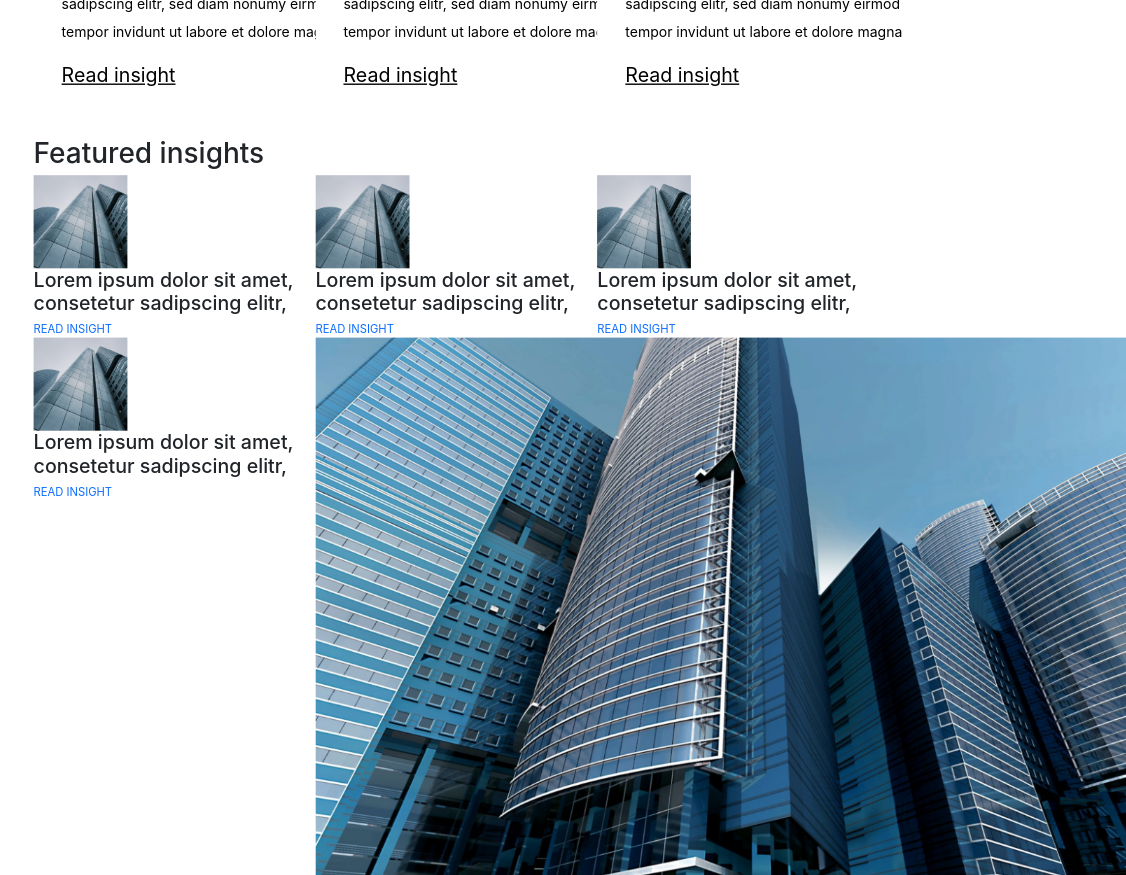
Repository: arif286/Business-webpage
Page: /
The author's editor kept a copy of each file at every save. The page is drawn from the files as they stood at one save, then again after the next save.
The browser window is 1280 px wide. The page is 1609 px wide, then 1361 px, so the pictures cover 1609 px, including what lies to the right of the window. The pictures show the part of the page from y = 1826 to 3346 px (the page is 3076 px tall before and 3638 px after), at 70% of full size.
The project was rebuilt for these pictures with package versions that can differ from the ones it lists, and the page was loaded fresh each time. Also part of the build but not shown: src/components/MainHeader/MainHeader.css, src/components/NotFound/NotFound.js.

Above is the page before, as saved 2021-05-27 16:26:10.

### src/App.js
import "bootstrap/dist/css/bootstrap.min.css";
import { BrowserRouter as Router, Route, Switch } from "react-router-dom";
import Home from "./components/Home/Home";
import NotFound from "./components/NotFound/NotFound";
function App() {
  return (
    <Router>
      <Switch>
        <Route path="/">
          <Home />
        </Route>
        <Route exact path="/">
          <Home />
        </Route>
        <Route path="*">
          <NotFound />
        </Route>
      </Switch>
    </Router>
  );
}

export default App;

### src/components/Home/Home.js
import React from 'react';
import Blog from '../Blog/Blog';
import Community from '../Community/Community';
import Featured from '../Featured/Featured';
import MainHeader from '../MainHeader/MainHeader';
import Testimonial from '../Testimonial/Testimonial';
import TopHeader from '../TopHeader/TopHeader';

const Home = () => {
    return (
        <>
            <TopHeader />
            <MainHeader />
            <Community />
            <Testimonial />
            <Blog />
            <Featured/>
        </>
    );
};

export default Home;

### src/components/Blog/Blog.js
import React from "react";
import { Col, Row } from "react-bootstrap";
import blogImage from '../../Images/event-1.png';
import "./Blog.css";

const Blog = () => {
  return (
    <div className="px-5 event-area">
      <h1 className='text-center mt-4 mb-4'>What's new</h1>
      <Row>
        <Col lg={4}>
          <div className="blog-wrap">
            <div className="blog-img">
              <img className="w-100 h-100" src={blogImage} alt="" />
              <a className="ig-btn" href="h">
                AUTOMATION
              </a>
            </div>
            <div className="event-content-wrap new-wrap">
              <div className="event-content-top-fx">
                <div className="single-top">
                  <p>
                    24 November, 2020
                    <span>2 Mins</span>
                  </p>
                </div>
                <div className="new-box-wrap">
                  <h4>
                    Lorem ipsum dolor sit amet, consetetur sadipscing elitr,
                  </h4>
                  <p>
                    Lorem ipsum dolor sit amet, consetetur sadipscing elitr, sed
                    diam nonumy eirmod tempor invidunt ut labore et dolore magna
                  </p>
                  <a href="http">
                    Read insight
                  </a>
                </div>
              </div>
            </div>
          </div>
        </Col>
        <Col lg={4}>
          <div className="blog-wrap">
            <div className="blog-img">
              <img className="w-100 h-100" src={blogImage} alt="" />
              <a href="h" className="ig-btn">
                AUTOMATION
              </a>
            </div>
            <div className="event-content-wrap new-wrap">
              <div className="event-content-top-fx">
                <div className="single-top">
                  <p>
                    24 November, 2020
                    <span>2 Mins</span>
                  </p>
                </div>
                <div className="new-box-wrap">
                  <h4>
                    Lorem ipsum dolor sit amet, consetetur sadipscing elitr,
                  </h4>
                  <p>
                    Lorem ipsum dolor sit amet, consetetur sadipscing elitr, sed
                    diam nonumy eirmod tempor invidunt ut labore et dolore magna
                  </p>
                  <a href="http">Read insight</a>
                </div>
              </div>
            </div>
          </div>
        </Col>
        <Col lg={4}>
          <div className="blog-wrap">
            <div className="blog-img">
              <img className="w-100 h-100" src={blogImage} alt="" />
              <a href="h" className="ig-btn">
                AUTOMATION
              </a>
            </div>
            <div className="event-content-wrap new-wrap">
              <div className="event-content-top-fx">
                <div className="single-top">
                  <p>
                    24 November, 2020
                    <span>2 Mins</span>
                  </p>
                </div>
                <div className="new-box-wrap">
                  <h4>
                    Lorem ipsum dolor sit amet, consetetur sadipscing elitr,
                  </h4>
                  <p>
                    Lorem ipsum dolor sit amet, consetetur sadipscing elitr, sed
                    diam nonumy eirmod tempor invidunt ut labore et dolore magna
                  </p>
                  <a href="http">Read insight</a>
                </div>
              </div>
            </div>
          </div>
        </Col>
      </Row>
    </div>
  );
};

export default Blog;

### src/components/Community/Community.js
import React from 'react';
import { Col, Row } from 'react-bootstrap';
import './Community.css';

const Community = () => {
    return (
      <div className='px-5'>
        <h2 className="engage-title">Engage with our community</h2>
        <Row>
          <Col md={12} lg={4} className="pb-4">
            <div className="engage-text engage-1">
              <p>Connect & Network with our community of thought leaders</p>
            </div>
          </Col>
          <Col md={12} lg={4} className="pb-4">
            <div className="engage-text engage-2">
              <p>Connect & Network with our community of thought leaders</p>
            </div>
          </Col>
          <Col md={12} lg={4} className="pb-4">
            <div className="engage-text engage-2">
              <p>Connect & Network with our community of thought leaders</p>
            </div>
          </Col>
        </Row>
      </div>
    );
};

export default Community;

### src/components/Featured/Featured.js
import React from "react";
import { Col, Row } from "react-bootstrap";
import sideBanner from "../../Images/f1.png";
import featuredImage from "../../Images/f3.png";
import FeaturedColumn from "./FeaturedColumn";

const FeaturedData = [
  {
    image: featuredImage,
    text: "Lorem ipsum dolor sit amet, consetetur sadipscing elitr,",
  },
  {
    image: featuredImage,
    text: "Lorem ipsum dolor sit amet, consetetur sadipscing elitr,",
  },
  {
    image: featuredImage,
    text: "Lorem ipsum dolor sit amet, consetetur sadipscing elitr,",
  },
  {
    image: featuredImage,
    text: "Lorem ipsum dolor sit amet, consetetur sadipscing elitr,",
  },

];
const Featured = () => {
  return (
    <div className="px-5">
      <h1>Featured insights</h1>
      <Row>
        {FeaturedData.map((item) => (
          <FeaturedColumn card={item} />
        ))}
        <Col md={12} lg={8}>
          <img src={sideBanner} alt="" />
        </Col>
      </Row>
    </div>
  );
};

export default Featured;

### src/components/MainHeader/MainHeader.js
import { faBars } from '@fortawesome/free-solid-svg-icons';
import { FontAwesomeIcon } from "@fortawesome/react-fontawesome";
import React from 'react';
import { Nav, Navbar } from 'react-bootstrap';
import './MainHeader.css';
const MainHeader = () => {
    const Bars = <FontAwesomeIcon icon={faBars} />;
    return (
      <div className="container-fluid">
        <Navbar className="px-5" expand="md">
          <Navbar.Brand href="#home">{Bars}</Navbar.Brand>
          <Navbar.Toggle aria-controls="basic-navbar-nav" />
          <Navbar.Collapse id="basic-navbar-nav">
            <Nav className="mr-auto">
              <Nav.Link href="#home">Home</Nav.Link>
              <Nav.Link href="#link">Insights</Nav.Link>
              {/* <NavDropdown title="Dropdown" id="basic-nav-dropdown">
                <NavDropdown.Item href="#action/3.1">Action</NavDropdown.Item>
                <NavDropdown.Item href="#action/3.2">
                  Another action
                </NavDropdown.Item>
                <NavDropdown.Item href="#action/3.3">
                  Something
                </NavDropdown.Item>
                <NavDropdown.Divider />
                <NavDropdown.Item href="#action/3.4">
                  Separated link
                </NavDropdown.Item>
              </NavDropdown> */}
              <Nav.Link href="#link">Services</Nav.Link>
              <Nav.Link href="#link">Community</Nav.Link>
              <Nav.Link href="#link">Events</Nav.Link>
              <Nav.Link href="#link">About US</Nav.Link>
            </Nav>
          </Navbar.Collapse>
        </Navbar>
      </div>
    );
};

export default MainHeader;

### src/components/Testimonial/Testimonial.js
import React from "react";
import SliderImage from "../../Images/meer-shap.png";
import Image from '../../Images/meet.png';
import './Testimonial.css';

const Testimonial = () => {
  return (
    <div className="px-5">
      <div
        id="carouselExampleIndicators"
        class="carousel slide"
        data-bs-ride="carousel"
      >
        <div class="carousel-indicators">
          <button
            type="button"
            data-bs-target="#carouselExampleIndicators"
            data-bs-slide-to="0"
            class="active"
            aria-current="true"
            aria-label="Slide 1"
          ></button>
          <button
            type="button"
            data-bs-target="#carouselExampleIndicators"
            data-bs-slide-to="1"
            aria-label="Slide 2"
          ></button>
        </div>
        <div className="carousel-inner">
          <div class="carousel-item carousel-bg active">
            <div className="meet-bg">
              <img src={SliderImage} alt="" />
            </div>
            <div className="testi-btn">
              <a href="http">Testimonial</a>
            </div>
            <div className="row">
              <div className='d-lg-flex align-items-center '>
                <div className="meet-img text-center">
                  <img src={Image} alt="" />
                </div>
                <div className="meet-content text-center pb-5">
                  <h4>Meet Edward, CEO of HappyFoods</h4>
                  <p>
                    “Working with the syndicate involves carefully analysing
                    rapidly changing trends & creating the future”
                  </p>
                  <a href="http">CONNECT WITH AN ANALYST</a>
                </div>
              </div>
            </div>
          </div>
          <div class="carousel-item carousel-bg ">
            <div className="meet-bg">
              <img src={SliderImage} alt="" />
            </div>
            <div className="test-btn">
              <a href="http">Testimonial</a>
            </div>
            <div className="row">
              <div>
                <div className="meet-img">
                  <img src={Image} alt="" />
                </div>
                <div className="meet-content">
                  <h4>Meet Edward, CEO of HappyFoods</h4>
                  <p>
                    “Working with the syndicate involves carefully analysing
                    rapidly changing trends & creating the future”
                  </p>
                  <a href="http">CONNECT WITH AN ANALYST</a>
                </div>
              </div>
            </div>
          </div>
        </div>
      </div>
    </div>
  );
};

export default Testimonial;

### src/components/TopHeader/TopHeader.js
import { faFacebook, faInstagram, faLinkedin, faTwitter } from '@fortawesome/free-brands-svg-icons';
import { FontAwesomeIcon } from "@fortawesome/react-fontawesome";
import React from 'react';
import { Col, Row } from 'react-bootstrap';
import './TopHeader.css';

const TopHeader = () => {
    const Facebook = <FontAwesomeIcon icon={faFacebook} />;
    const Twitter = <FontAwesomeIcon icon={faTwitter} />;
    const Instagram = <FontAwesomeIcon icon={faInstagram} />;
    const LinkedIn = <FontAwesomeIcon icon={faLinkedin} />;
    return (
      <div className="header-top">
        <div className="container-fluid">
          <Row>
            <Col lg={12}>
              <div className="d-flex align-items-center justify-content-between">
                <div className="header-top-icon">
                  <a href="#h">{Facebook}</a>
                  <a href="#h">{Instagram}</a>
                  <a href="#h">{Twitter}</a>
                  <a href="#h">{LinkedIn}</a>
                </div>
                <div className='header-top-text'>
                  <p>The Analyst syndicate</p>
                </div>
                <div className="header-top-btn">
                  <a href='#l'>Let's Talk</a>
                </div>
              </div>
            </Col>
          </Row>
        </div>
      </div>
    );
};

export default TopHeader;

### src/components/Blog/Blog.css
.event-area {
  height: 900px;
  padding-bottom: 0;
  background: #fff;
}
.single-top p {
  font-size: 20px;
  color: #000;
  opacity: 0.5;
  line-height: 40px;
  margin-bottom: 10px;
}
.blog-img {
  position: relative;
}
.blog-img img {
  transition: 0.6s;
}
.ig-btn {
  width: 165px;
  height: 43px;
  background: #00a6fb;
  display: flex;
  align-items: center;
  justify-content: center;
  color: #fff;
  font-size: 17px;
  font-weight: 700;
  position: absolute;
  top: 30px;
  left: 20px;
  border: 2px solid transparent;
  transition: 0.3s;
}
.blog-wrap {
  position: relative;
}
.event-content-wrap.new-wrap {
  bottom: -327px;
}
.event-content-wrap {
  background: #fff;
  padding: 30px 40px;
  width: 508px;
  position: absolute;
  bottom: -137px;
}
.new-box-wrap h4 {
  font-size: 32px;
  color: #000000;
  line-height: 40px;
  font-weight: 700;
}
.new-box-wrap p {
  font-size: 20px;
  line-height: 40px;
  color: #000000;
  margin-bottom: 20px;
}
.new-box-wrap a {
  font-size: 28px;
  color: #000;
  text-decoration: underline;
}
@media (min-width: 1440px) and (max-width: 1800px) {
  .event-content-wrap {
    background: #fff;
    padding: 30px 40px;
    width: 424px;
    position: absolute;
    bottom: -137px;
  }
  .new-box-wrap h4 {
    font-size: 23px;
    line-height: 28px;
  }
  .new-box-wrap p {
    font-size: 18px;
    line-height: 32px;
    margin-bottom: 20px;
  }
  .new-box-wrap a {
    font-size: 21px;
  }
  .event-area {
    height: 800px;
  }
}

@media (min-width: 992px) and (max-width: 1200px) {
  .event-content-wrap.new-wrap {
    bottom: -223px;
    position: unset;
    bottom: 0;
    margin-top: -78px;
    position: relative;
  }
  .event-content-wrap {
    padding: 20px 20px;
    width: 268px;
    bottom: -137px;
  }
  .new-box-wrap h4 {
    font-size: 19px;
    line-height: 26px;
  }
  .new-box-wrap p {
    font-size: 18px;
    line-height: 25px;
    margin-bottom: 12px;
  }
  .new-box-wrap a {
    font-size: 20px;
  }
  .event-area {
    height: auto;
  }
}
@media (min-width: 1200px) and (max-width: 1400px) {
  .event-area {
    height: 720px;
  }
}

@media (min-width: 768px) and (max-width: 991px) {
  .event-content-wrap {
    padding: 20px 20px;
    width: 460px;
    bottom: -137px;
    position: relative;
    bottom: 0;
    margin-top: -55px;
  }
  .event-content-wrap.new-wrap {
    bottom: -223px;
    position: unset;
    bottom: 0;
    margin-top: -78px;
    position: relative;
  }
  .new-box-wrap h4 {
    font-size: 20px;
    line-height: 26px;
  }
  .new-box-wrap p {
    font-size: 18px;
    line-height: 25px;
    margin-bottom: 12px;
  }
  .event-area {
    height: auto;
  }
}
@media only screen and (min-width: 320px) and (max-width: 767px) {
  .single-top p {
    font-size: 18px;
    line-height: 25px;
    margin-bottom: 8px;
  }
  .event-content-wrap {
    padding: 20px 20px;
    width: 300px;
    bottom: -137px;
    position: relative;
    bottom: 0;
    margin-top: -55px;
  }
  .event-content-wrap.new-wrap {
    bottom: -223px;
    position: unset;
    bottom: 0;
    margin-top: -78px;
    position: relative;
  }
  .new-box-wrap h4 {
    font-size: 20px;
    line-height: 26px;
  }
  .new-box-wrap p {
    font-size: 18px;
    line-height: 25px;
    margin-bottom: 12px;
  }
  .event-area {
    height: auto;
  }
}

### src/components/Community/Community.css
.engage-1 {
  background-image: url(../../Images/e1.png);
}
.engage-2 {
  background-image: url(../../Images/e2.png);
}
.engage-3 {
  background-image: url(../../Images/e3.png);
}
.engage-text {
  height: 560px;
  background-size: 100% 100%;
  background-position: center center;
  padding-left: 50px;
  padding-bottom: 50px;
  display: flex;
  align-items: flex-end;
}
.engage-text p {
  margin: 0;
  color: #fff;
  font-size: 32px;
  font-weight: 700;
  line-height: 44px;
  max-width: 400px;
}
.engage-title {
  text-align: center;
  font-weight: 900;
  text-transform: uppercase;
  font-size: 35px;
  margin-top: 50px;
  margin-bottom: 50px;
}
@media (min-width: 768px) and (max-width: 991px) {
  .engage-text p {
    margin: 0;
    font-size: 20px;
    line-height: 25px;
  }
  .engage-title {
    text-align: center;
    font-weight: 900;
    text-transform: uppercase;
    font-size: 25px;
  }
}

### src/components/Featured/FeaturedColumn.js
import React from 'react';
import { Col } from 'react-bootstrap';

const FeaturedColumn = ({ card }) => {
    console.log(card);
  return (
    <>
      <Col md={12} lg={4}>
        <div className="single-featured-box">
          <img src={card.image} alt="" />
          <div className="featured-box-content">
                      <h3>{ card.text}</h3>
            <a href="http">READ INSIGHT</a>
          </div>
        </div>
      </Col>

    </>
  );
};

export default FeaturedColumn;

### src/components/Testimonial/Testimonial.css
.carousel-bg {
  background-color: #111111;
}
.testi-btn a {
  width: 308px;
  height: 61px;
  color: #000;
  font-size: 28px;
  display: flex;
  align-items: center;
  justify-content: center;
  background: #91c499;
  position: absolute;
  top: 0;
  right: 0;
  border: 2px solid transparent;
  transition: 0.3s;
}
.meet-img img {
  width: 275px;
  height: 275px;
  margin-right: 35px;
  margin-left: 50px;
}
.meet-content {
  max-width: 970px;
}
.meet-content h4 {
  font-size: 39px;
  color: #fff;
  line-height: 56px;
  margin-bottom: 20px;
}
.meet-content p {
  font-size: 30px;
  color: #fff;
  line-height: 50px;
}
.meet-content a {
  color: #fff;
  font-size: 28px;
  text-decoration: underline;
  font-weight: 600;
}
@media (min-width: 992px) and (max-width: 1200px) {
  .meet-content h4 {
    font-size: 28px;
    line-height: 33px;
    margin-bottom: 6px;
  }
  .meet-content p {
    font-size: 22px;
    line-height: 29px;
    margin-bottom: 10px;
  }
  .meet-content a {
    font-size: 22px;
  }
}
@media only screen and (min-width: 320px) and (max-width: 767px) {
  .meet-content a {
    font-size: 16px;
  }
  .meet-content h4 {
    font-size: 21px;
    line-height: 26px;
    margin-bottom: 6px;
  }
  .meet-content p {
    font-size: 20px;
    line-height: 29px;
    margin-bottom: 17px;
  }
}

### src/components/TopHeader/TopHeader.css
a {
  text-decoration: none;
}
.header-top {
  padding-left: 77px;
  border-bottom: 2px solid #eeeeee;
}
.header-top-icon a {
  width: 30px;
  height: 30px;
  background: #211f20;
  display: inline-block;
  border-radius: 34px;
  text-align: center;
  color: #fff;
  font-size: 14px;
  line-height: 29px;
  margin-right: 7px;
}
.header-top-text p {
  margin: 0;
  font-size: 28px;
  color: #000000;
  font-weight: 700;
  line-height: 32px;
  text-transform: uppercase;
}
.header-top-btn a {
  width: 314px;
  height: 98px;
  background: #111111;
  border: 2px solid transparent;
  transition: 0.3s;
  display: flex;
  align-items: center;
  justify-content: space-between;
  padding-left: 74px;
  padding-right: 80px;
  font-size: 21px;
  color: #fff;
}

Loaded but not shown: public/index.html (common file); src/index.js (common file); src/index.css (common file)

After the next save:
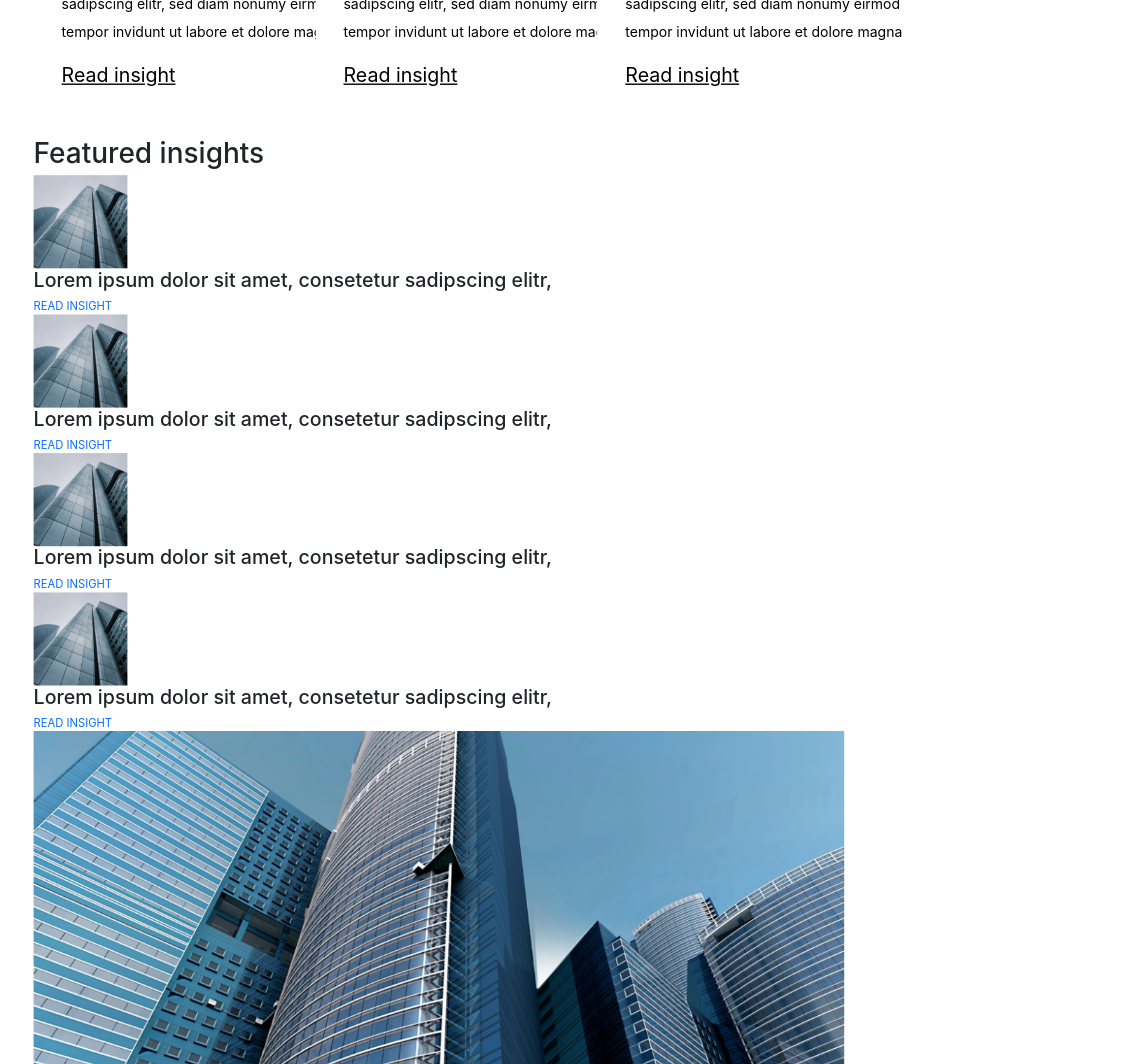
Saved 25 s later.
--- a/src/components/Featured/FeaturedColumn.js
+++ b/src/components/Featured/FeaturedColumn.js
@@ -1,20 +1,17 @@
 import React from 'react';
-import { Col } from 'react-bootstrap';
 
 const FeaturedColumn = ({ card }) => {
     console.log(card);
   return (
     <>
-      <Col md={12} lg={4}>
-        <div className="single-featured-box">
-          <img src={card.image} alt="" />
-          <div className="featured-box-content">
-                      <h3>{ card.text}</h3>
-            <a href="http">READ INSIGHT</a>
-          </div>
+
+      <div className="single-featured-box">
+        <img src={card.image} alt="" />
+        <div className="featured-box-content">
+          <h3>{card.text}</h3>
+          <a href="http">READ INSIGHT</a>
         </div>
-      </Col>
-
+      </div>
     </>
   );
 };
